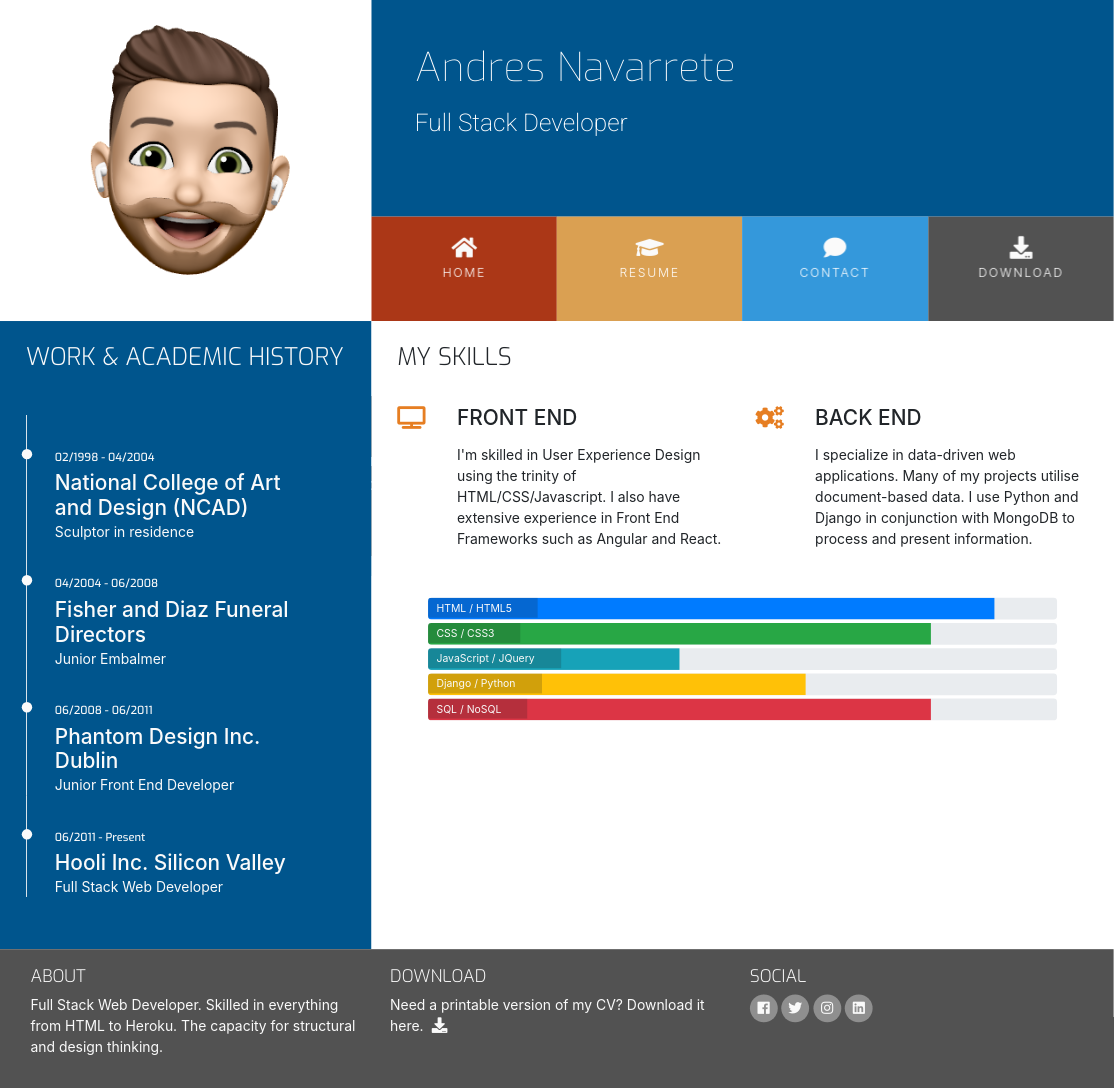
Repository: andna5980/cloud9-workspace
Page: resume.html
The author's editor kept a copy of each file at every save. The page is drawn from the files as they stood at one save, then again after the next save.
The browser window is 1280 px wide. The pictures show the whole page, at 87% of full size.
Some web libraries are served in a nearby version.

Above is the page before, as saved 2022-04-24 09:57:36.

After the next save:
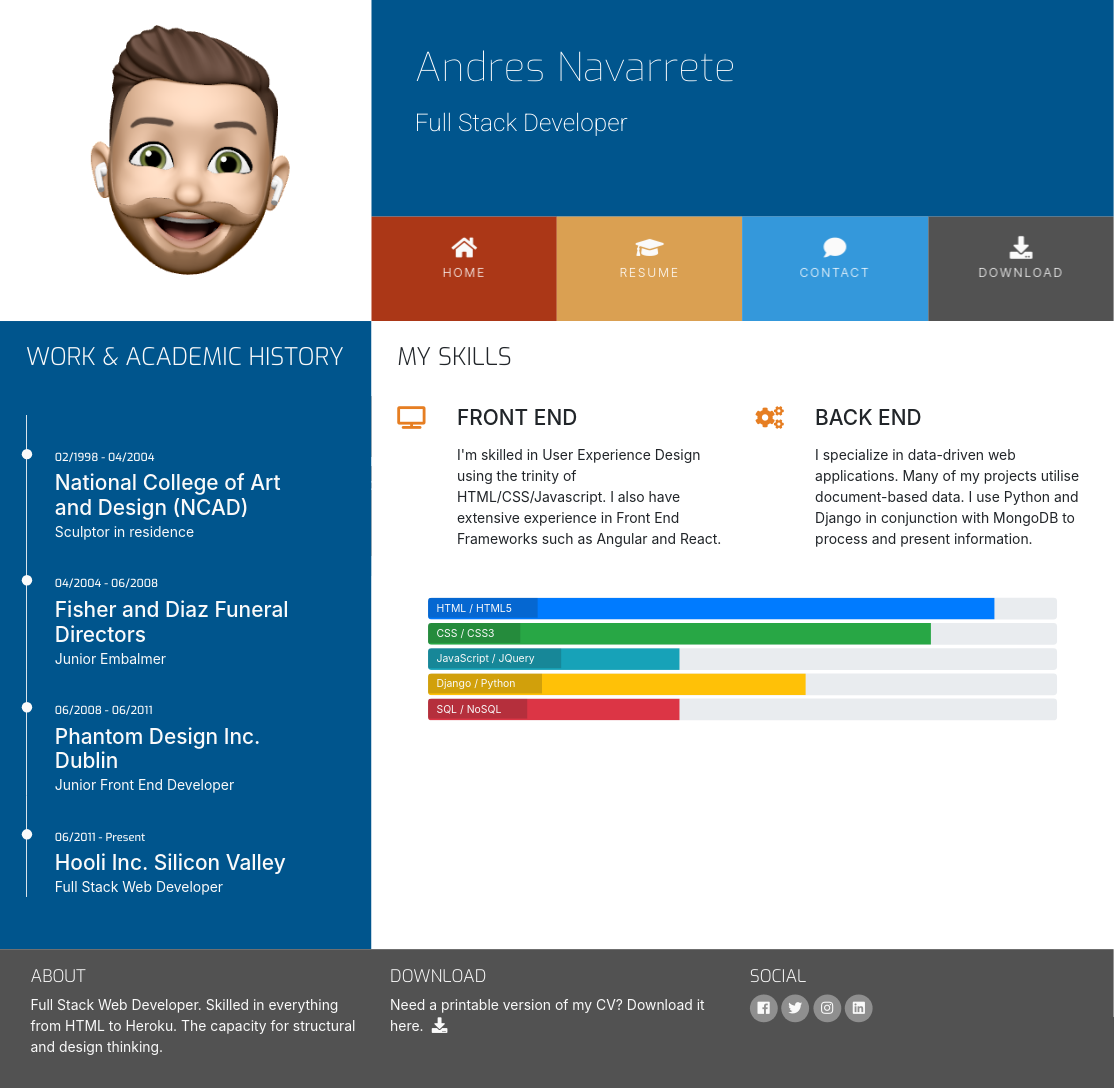
Saved 18 s later.
--- a/resume.html
+++ b/resume.html
@@ -148,8 +148,8 @@
                              <span class="progress-type">Django / Python</span>
                         </div>
                         <div class="progress">
-                             <div class="progress-bar bg-danger" role="progressbar" aria-valuenow="80" aria-valuemin="0" aria-valuemax="100" style="width:80%">
-                                <span class="sr-only">10% complete</span>
+                             <div class="progress-bar bg-danger" role="progressbar" aria-valuenow="80" aria-valuemin="0" aria-valuemax="100" style="width:40%">
+                                <span class="sr-only">40% complete</span>
                              </div>
                              <span class="progress-type">SQL / NoSQL</span>
                         </div>
